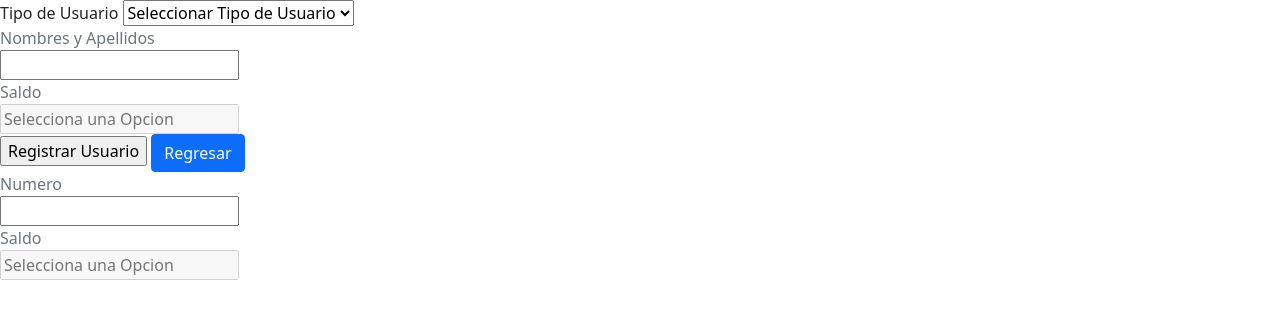
Repository: Gimblet/LP1_Proyecto_Yape
Page: http://localhost/Yape/nuevoUsuario.jsp
These files come from the project's save history. The page is drawn as it stood at one moment and after a run of saves; the edit follows.
The browser window is 1280 px wide. The pictures show the whole page.
The page is served by Tomcat 9.

Above is the page before, as saved 2024-04-25 18:48:53.

After the next 2 saves:
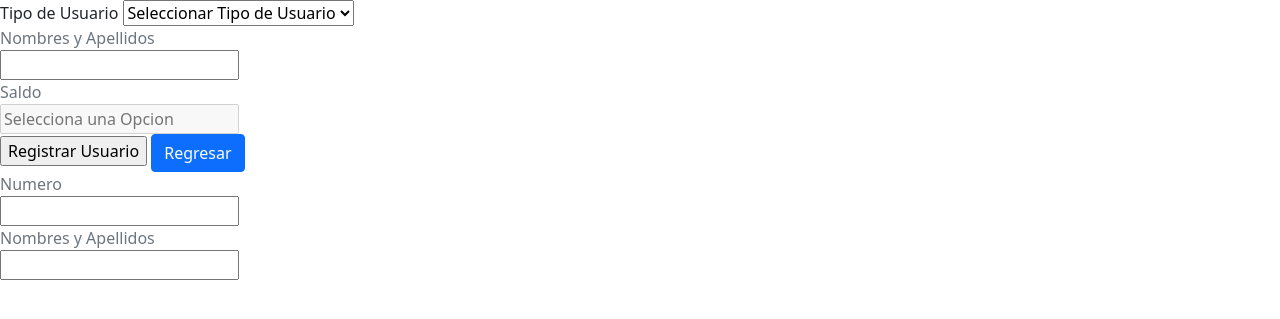
The 2 saves are shown as one change because they came seconds apart.
The last was saved 30 s later.
--- a/Yape/src/main/webapp/nuevoUsuario.jsp
+++ b/Yape/src/main/webapp/nuevoUsuario.jsp
@@ -54,10 +54,10 @@
 			<br>
 			<input name="txtNumero" type="text">
 		</div>
-		<div class="form-group" id="saldoField">
-			<label class="text-secondary">Saldo</label>
+		<div class="form-group">
+			<label class="text-secondary">Nombres y Apellidos</label>
 			<br>
-			<input name="txtSaldo" type="text" disabled placeholder="Selecciona una Opcion">
+			<input type="text" name="txtNombreApe">
 		</div>
 	</form>
 </body>
